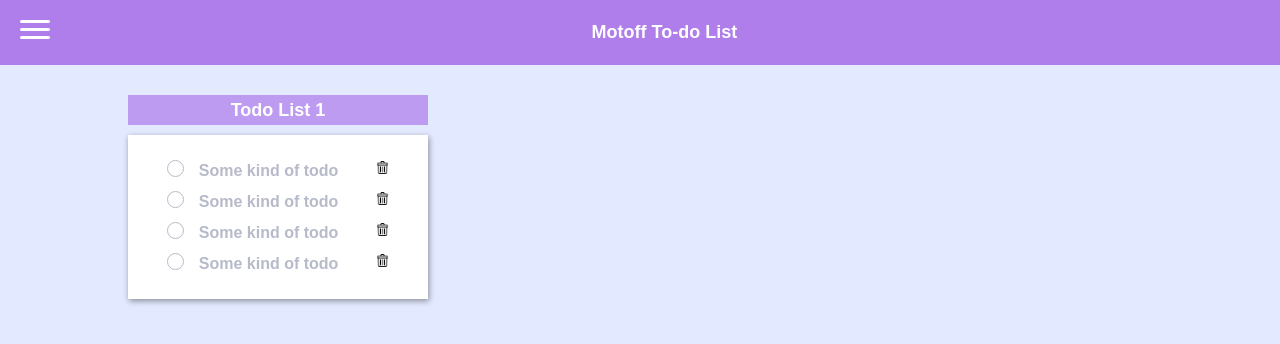
Repository: Amad-Mlinka/Todo-List-Vanilla-JS
Page: index.html
The author's editor kept a copy of each file at every save. The page is drawn from the files as they stood at one save, then again after the next save.
The browser window is 1280 px wide. The pictures show the whole page.
The page's requests for data from a server got no answer.

Above is the page before, as saved 2021-09-15 01:19:39.

### index.html
<!DOCTYPE html>
<html lang="en">
  <head>
    <meta charset="UTF-8" />
    <meta http-equiv="X-UA-Compatible" content="IE=edge" />
    <meta name="viewport" content="width=device-width, initial-scale=1.0" />
    <title>ToDo list</title>
    <link rel="stylesheet" href="/styles/style.css" />
    <link rel="stylesheet" href="/styles/hamburger.css" />
    <link rel="stylesheet" href="/styles/header.css" />
    <script src="script.js"></script>
  </head>
  <body>
    <div class="headerContainer">
      <div class="header">
        <div class="hamburger" id="hamburger">
          <span></span>
          <span></span>
          <span></span>
        </div>
        <div class="titleContainer">
          <span class="title">Motoff To-do List</span>
        </div>
      </div>

      <div class="sidebar"></div>
    </div>
    <div class="container">
      <div class="listContainer">
        <div class="listItem">
          <div class="todoHeader">Todo List 1</div>
          <div class="todoData">
            <div class="todoItem">
              <div class="checkDescription">
                <div class="todoCheck"><span class="checkCircle"></span></div>
                <div class="todoDescription">
                  <span class="todoText">Some kind of todo</span>
                </div>
              </div>

              <div class="todoDelete">
                <div class="deleteIconContainer">
                  <img
                    class="deleteIcon"
                    src="/public/images/trash.png"
                    alt=""
                  />
                </div>
                <div class="deleteTooltip"></div>
              </div>
            </div>
            <div class="todoItem">
                <div class="checkDescription">
                  <div class="todoCheck"><span class="checkCircle"></span></div>
                  <div class="todoDescription">
                    <span class="todoText">Some kind of todo</span>
                  </div>
                </div>

                <div class="todoDelete">
                  <div class="deleteIconContainer">
                    <img
                      class="deleteIcon"
                      src="/public/images/trash.png"
                      alt=""
                    />
                  </div>
                  <div class="deleteTooltip"></div>
                </div>
              </div>
              <div class="todoItem">
                <div class="checkDescription">
                  <div class="todoCheck"><span class="checkCircle"></span></div>
                  <div class="todoDescription">
                    <span class="todoText">Some kind of todo</span>
                  </div>
                </div>

                <div class="todoDelete">
                  <div class="deleteIconContainer">
                    <img
                      class="deleteIcon"
                      src="/public/images/trash.png"
                      alt=""
                    />
                  </div>
                  <div class="deleteTooltip"></div>
                </div>
              </div>
              <div class="todoItem">
                <div class="checkDescription">
                  <div class="todoCheck"><span class="checkCircle"></span></div>
                  <div class="todoDescription">
                    <span class="todoText">Some kind of todo</span>
                  </div>
                </div>

                <div class="todoDelete">
                  <div class="deleteIconContainer">
                    <img
                      class="deleteIcon"
                      src="/public/images/trash.png"
                      alt=""
                    />
                  </div>
                  <div class="deleteTooltip"></div>
                </div>
              </div>
          </div>
        </div>
        <div class="addBtnContainer">
          <div class="addTaskBtn"></div>
        </div>
      </div>
    </div>
  </body>
</html>

### styles/style.css
* {
  padding: 0;
  margin: 0;
}

body {
  background-color: rgb(227, 233, 255);
}
.container {
  display: flex;
  flex-direction: column;
  width: 80%;
  margin: auto;
}
.listContainer {
  width: 100%;
  display: flex;
  flex-direction: row;
  flex-wrap: wrap;
  justify-content: flex-start;
}
.listItem {
  display: flex;
  flex-direction: column;
  width: 300px;
  margin-top: 30px;
}
.todoHeader {
  width: 100%;
  display: flex;
  justify-content: center;
  align-items: center;
  height: 30px;
  background: #af7eeab9;
  font-family: sans-serif;
  font-size: 18px;
  font-weight: bolder;
  color: white;
  margin-bottom: 10px;
}
.todoData {
  display: flex;
  flex-direction: column;
  background: #fff;
  padding: 20px;
  box-shadow: 1px 2px 6px 0px rgb(0 0 0 / 40%);
  -webkit-box-shadow: 1px 2px 6px 0px rgb(0 0 0 / 40%);
  -moz-box-shadow: 1px 2px 6px 0px rgb(0 0 0 / 40%);
}
.todoItem {
  display: flex;
  width: 100%;
  justify-content: space-around;
  margin: 5px 0;
}
.checkDescription {
  width: 66%;
  display: flex;
  align-items: center;
}
.todoCheck {
  margin-right: 15px;
}

.deleteIcon {
  width: 13px;
  color: #b7bac9;
}
.checkCircle {
  height: 15px;
  width: 15px;
  background-color: transparent;
  border: 1px solid #b7bac9;
  border-radius: 50%;
  display: inline-block;
}
.todoDescription {
  font-family: sans-serif;
  font-size: 16px;
  font-weight: bolder;
  color: #b7bac9;
}

### styles/hamburger.css

  .hamburger {
    width: 30px;
    height: 25px;
    position: relative;
    -webkit-transform: rotate(0deg);
    -moz-transform: rotate(0deg);
    -o-transform: rotate(0deg);
    transform: rotate(0deg);
    -webkit-transition: 0.5s ease-in-out;
    -moz-transition: 0.5s ease-in-out;
    -o-transition: 0.5s ease-in-out;
    transition: 0.5s ease-in-out;
    cursor: pointer;
    margin: 10px;
  }

  .hamburger span {
    position: absolute;
    height: 3px;
    width: 30px;
    background: white;
    border-radius: 10px;
    opacity: 1;
    left: 0;
    -webkit-transform: rotate(0deg);
    -moz-transform: rotate(0deg);
    -o-transform: rotate(0deg);
    transform: rotate(0deg);
    -webkit-transition: 0.25s ease-in-out;
    -moz-transition: 0.25s ease-in-out;
    -o-transition: 0.25s ease-in-out;
    transition: 0.25s ease-in-out;
  }


  .hamburger span:nth-child(1) {
  top: 0px;
  -webkit-transform-origin: left center;
  -moz-transform-origin: left center;
  -o-transform-origin: left center;
  transform-origin: left center;
  }

  .hamburger span:nth-child(2) {
  top: 8px;
  -webkit-transform-origin: left center;
  -moz-transform-origin: left center;
  -o-transform-origin: left center;
  transform-origin: left center;
  }

  .hamburger span:nth-child(3) {
  top: 16px;
  -webkit-transform-origin: left center;
  -moz-transform-origin: left center;
  -o-transform-origin: left center;
  transform-origin: left center;
  }

  .hamburger.open span:nth-child(1) {
  -webkit-transform: rotate(45deg);
  -moz-transform: rotate(45deg);
  -o-transform: rotate(45deg);
  transform: rotate(45deg);
  top: -3px;
  left: 4px;
  }

  .hamburger.open span:nth-child(2) {
  width: 0%;
  opacity: 0;
  }

  .hamburger.open span:nth-child(3) {
  -webkit-transform: rotate(-45deg);
  -moz-transform: rotate(-45deg);
  -o-transform: rotate(-45deg);
  transform: rotate(-45deg);
  top: 18px;
  left: 4px;
  }

### styles/header.css
.header{
    display: flex;
    flex-direction: row;
    justify-content:space-between;
    background-color:#af7eea;
    padding: 10px;
}
.titleContainer{
    width: 100%;
    display: flex;
}
.title{
    color: white;
    margin: auto;
    font-family: sans-serif;
    font-size:18px;
    font-weight: bolder;
}

### script.js
var getTodos = async () => {
    var res = await fetch("https://jsonplaceholder.typicode.com/todos");
    var todosFull = await res.json();
    var todos=todosFull.slice(0, 20);
    console.log("Todos loaded")
    return todos;
}

document.addEventListener("DOMContentLoaded", async function () {
    const hamburger = document.getElementById("hamburger");
    hamburger.addEventListener("click", function () {
        if (this.classList.contains("open")) {
            this.classList.remove("open")
        } else {
            this.classList.add("open")
        }

    })
    console.log("Hamburger loaded");
    todos = await getTodos();





});

After the next save:
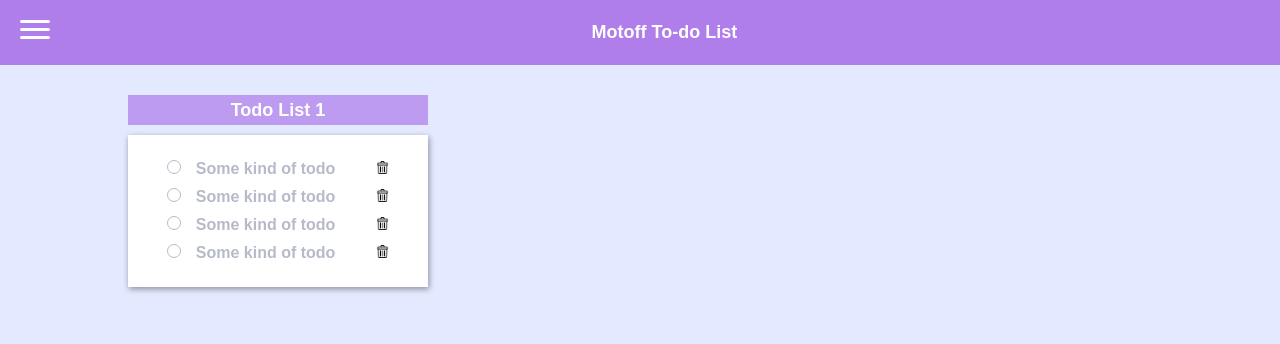
Saved 13 s later.
--- a/styles/style.css
+++ b/styles/style.css
@@ -67,8 +67,8 @@ body {
   color: #b7bac9;
 }
 .checkCircle {
-  height: 15px;
-  width: 15px;
+  height: 12px;
+  width: 12px;
   background-color: transparent;
   border: 1px solid #b7bac9;
   border-radius: 50%;
